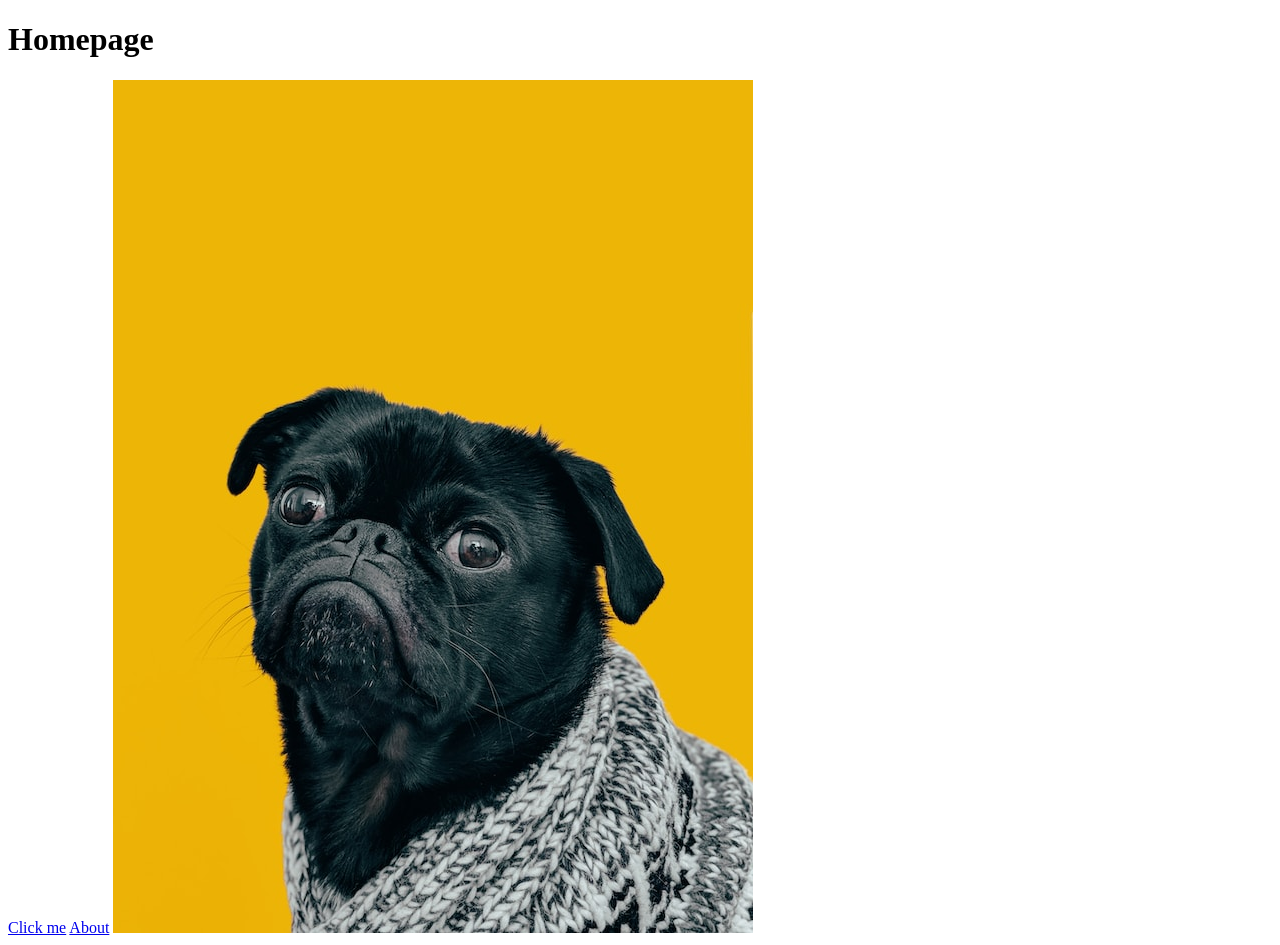
Repository: abrahamgek/PLP_week2
Page: odin-images and links/index.html
These files come from the project's save history. The page is drawn as it stood at one moment and after the next save; the edit follows.
The browser window is 1280 px wide. The pictures show the whole page.

Above is the page before, as saved 2024-01-13 18:36:22.

After the next save:
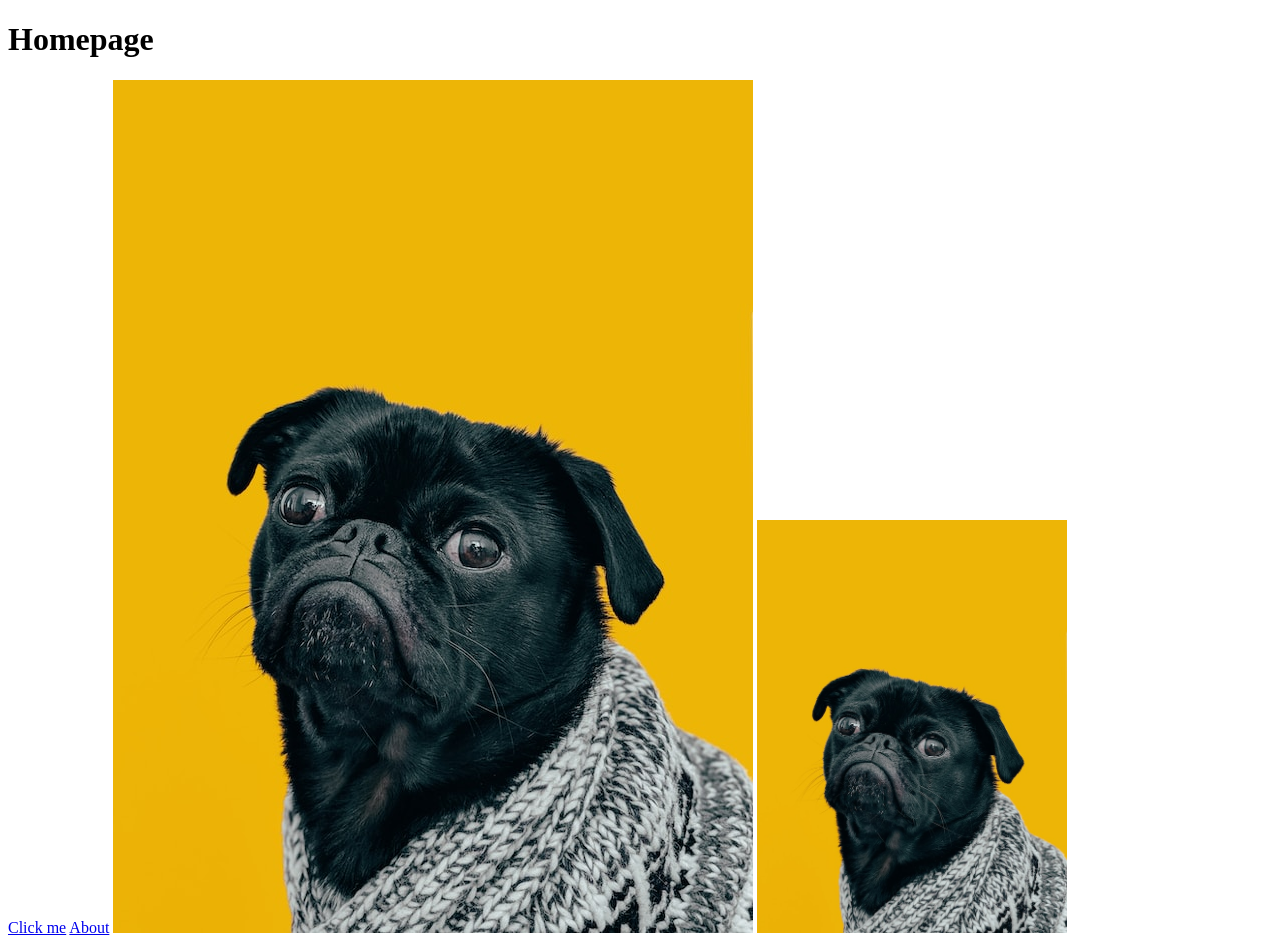
Saved 6 min 47 s later.
--- a/odin-images and links/index.html
+++ b/odin-images and links/index.html
@@ -10,5 +10,6 @@
     <a href="odin-links-and-images" target="_blank" rel="noopener noreferrer">Click me</a>
     <a href="pages/about.html">About</a>
     <img src="./images/dog.jpg" alt="">
+    <img src="../images/dog.jpg" alt="dog image" width="310" height="">
 </body>
 </html>
